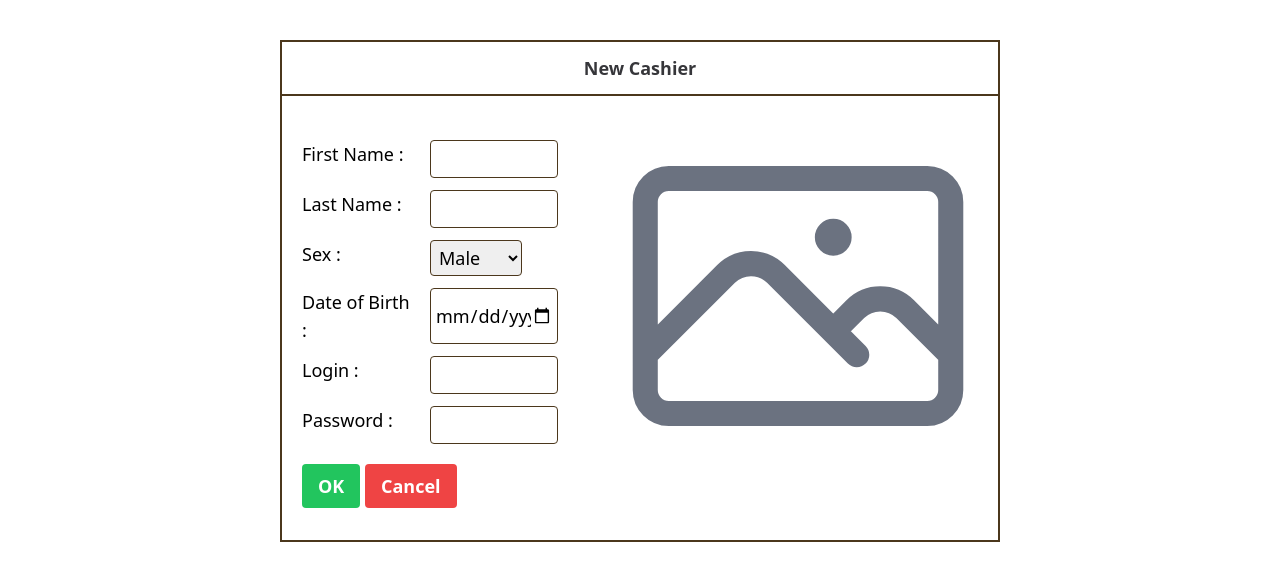
Repository: Dapravith/Midterm-SE-GIC-Cafe-Project-Group16
Page: src/main/resources/templates/addCashier.html
The author's editor kept a copy of each file at every save. The page is drawn from the files as they stood at one save, then again after the next save.
The browser window is 1280 px wide. The pictures show the whole page.
Some web libraries are served in a nearby version.

Above is the page before, as saved 2023-05-17 11:06:58.

### src/main/resources/templates/addCashier.html
<!DOCTYPE html>
<html lang="en">
  <head>
    <meta charset="UTF-8" />
    <meta http-equiv="X-UA-Compatible" content="IE=edge" />
    <meta name="viewport" content="width=device-width, initial-scale=1.0" />
    <title>Add New Cashier</title>
    <script src="https://cdn.tailwindcss.com"></script>
    <style>
      * {
        margin: 0;
        padding: 0;
        box-sizing: border-box;
      }

      button:hover {
        box-shadow: 0 14px 15px 0 rgba(36, 149, 198, 0.921),
          0 17px 60px 0 rgba(90, 81, 81, 0.19);
      }

      .text-center {
        color: rgb(54, 54, 58);
        justify-content: center;
        font-weight: bold;
      }
    </style>
  </head>

  <body class="m-10 text-lg">
    <!-- CRUD CASHIERS -->
    <div
      class="new_cashier w-[60%] h-fit m-auto border-[2px] border-solid border-[#4B371C]"
    >
      <div class="p-3 head">
        <h2 class="text-center">New Cashier</h2>
      </div>
      <div class="w-[100%] border-[1px] border-solid border-[#4B371C]"></div>
      <div class="flex">
        <div class="add_cashier w-[60%]">
          <div class="py-3">
            <form action="#" class="p-5">
              <div class="grid grid-cols-2 mt-3">
                <label class="mr-5" for="firstName">First Name :</label>
                <input
                  type="text"
                  id="firstName"
                  name=""
                  class="p-1 border-[1px] border-solid border-[#4B371C] rounded"
                  placeholder=""
                />
              </div>
              <div class="grid grid-cols-2 mt-3">
                <label class="mr-5" for="lastName">Last Name :</label>
                <input
                  type="text"
                  id="lastName"
                  name=""
                  class="p-1 border-[1px] border-solid border-[#4B371C] rounded"
                  placeholder=""
                />
              </div>
              <div class="grid grid-cols-2 mt-3">
                <label class="mr-5" for="sex">Sex :</label>
                <div class="flex justify-between">
                  <select
                    type="add-item"
                    id="sex"
                    name=""
                    class="p-1 border-[1px] border-solid border-[#4B371C] rounded"
                    placeholder=""
                  >
                    <option value="male">Male</option>
                    <option value="female">Female</option>
                  </select>
                </div>
              </div>
              <div class="grid grid-cols-2 mt-3">
                <label class="mr-5" for="dob">Date of Birth :</label>
                <input
                  type="date"
                  id="dob"
                  name=""
                  class="p-1 border-[1px] border-solid border-[#4B371C] rounded"
                  placeholder=""
                />
              </div>
              <div class="grid grid-cols-2 mt-3">
                <label class="mr-5" for="login">Login :</label>
                <input
                  type="text"
                  id="login"
                  name=""
                  class="p-1 border-[1px] border-solid border-[#4B371C] rounded"
                  placeholder=""
                />
              </div>
              <div class="grid grid-cols-2 mt-3">
                <label class="mr-5" for="password">Password :</label>
                <input
                  type="password"
                  id="password"
                  name=""
                  class="p-1 border-[1px] border-solid border-[#4B371C] rounded"
                  placeholder=""
                />
              </div>
              <div class="mt-5">
                <button
                  id="addCashierBtn"
                  class="px-4 py-2 font-bold text-white bg-green-500 rounded hover:bg-green-700"
                >
                  OK
                </button>
                <button
                  class="px-4 py-2 font-bold text-white bg-red-500 rounded hover:bg-red-700"
                >
                  Cancel
                </button>
              </div>
            </form>
          </div>
        </div>
        <!-- images -->
        <div class="ml-5 img">
          <form>
            <input
              id="file-input"
              type="file"
              name="file"
              hidden
              accept="image/*"
            />
            <label for="file-input" class="cursor-pointer">
              <div
                id="image-preview"
                class="w-[400px] h-fit p-3 border-[#4B371C]"
              >
                <svg
                  xmlns="http://www.w3.org/2000/svg"
                  fill="none"
                  viewBox="0 0 24 24"
                  stroke-width="1.6"
                  stroke="currentColor"
                  class="w-full h-full text-gray-500"
                >
                  <path
                    stroke-linecap="round"
                    stroke-linejoin="round"
                    d="M2.25 15.75l5.159-5.159a2.25 2.25 0 013.182 0l5.159 5.159m-1.5-1.5l1.409-1.409a2.25 2.25 0 013.182 0l2.909 2.909m-18 3.75h16.5a1.5 1.5 0 001.5-1.5V6a1.5 1.5 0 00-1.5-1.5H3.75A1.5 1.5 0 002.25 6v12a1.5 1.5 0 001.5 1.5zm10.5-11.25h.008v.008h-.008V8.25zm.375 0a.375.375 0 11-.75 0 .375.375 0 01.75 0z"
                  />
                </svg>
              </div>
            </label>
          </form>
          <div id="image-preview-container"></div>
        </div>
      </div>
    </div>
    <script>
      const imagePreview = document.getElementById("image-preview");
      const fileInput = document.getElementById("file-input");

      function readImage(input) {
        if (input.files && input.files[0]) {
          const reader = new FileReader();

          reader.onload = function (e) {
            const fileName = input.files[0].name;

            imagePreview.innerHTML = `
                  <div class="image-container">
                    <img src="${e.target.result}" alt="Category Image">
                    <p class="image-name">${fileName}</p>
                    <button class="flex inline-flex items-center px-4 py-2 text-sm font-medium text-white bg-red-700 rounded-md item-center hover:bg-red-900">
                        <svg xmlns="http://www.w3.org/2000/svg" class="w-5 h-5 mr-2" fill="none" viewBox="0 0 24 24" stroke="currentColor">
                          <path stroke-linecap="round" stroke-linejoin="round" stroke-width="2" d="M19 7l-.867 12.142A2 2 0 0116.138 21H7.862a2 2 0 01-1.995-1.858L5 7m5 4v6m4-6v6m1-10V4a1 1 0 00-1-1h-4a1 1 0 00-1 1v3M4 7h16" />
                        </svg>

                        Delete
                      </button>
                  </div>
                `;

            const deleteButton = imagePreview.querySelector(".delete-image");
            deleteButton.addEventListener("click", () => {
              clearImagePreview();
            });
          };

          reader.readAsDataURL(input.files[0]);
        }
      }

      fileInput.addEventListener("change", function () {
        readImage(this);
      });

      function clear() {
        document.getElementById("firstName").value = "";
        document.getElementById("lastName").value = "";
        fileInput.value = "";
        clearImagePreview();
      }

      function clearImagePreview() {
        const imageContainer = document.querySelector(".image-container");
        if (imageContainer) {
          imageContainer.remove();
        }
      }
    </script>
  </body>
</html>

After the next save:
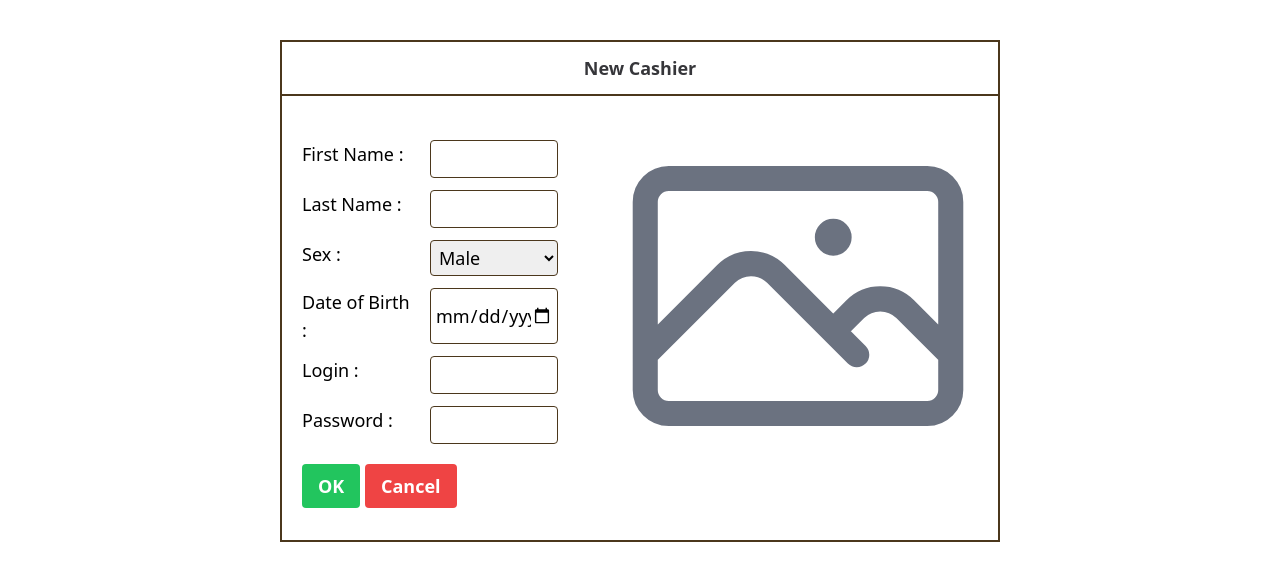
Saved 18 min 1 s later.
--- a/src/main/resources/templates/addCashier.html
+++ b/src/main/resources/templates/addCashier.html
@@ -66,7 +66,7 @@
                     type="add-item"
                     id="sex"
                     name=""
-                    class="p-1 border-[1px] border-solid border-[#4B371C] rounded"
+                    class="w-full p-1 border-[1px] border-solid border-[#4B371C] rounded"
                     placeholder=""
                   >
                     <option value="male">Male</option>
